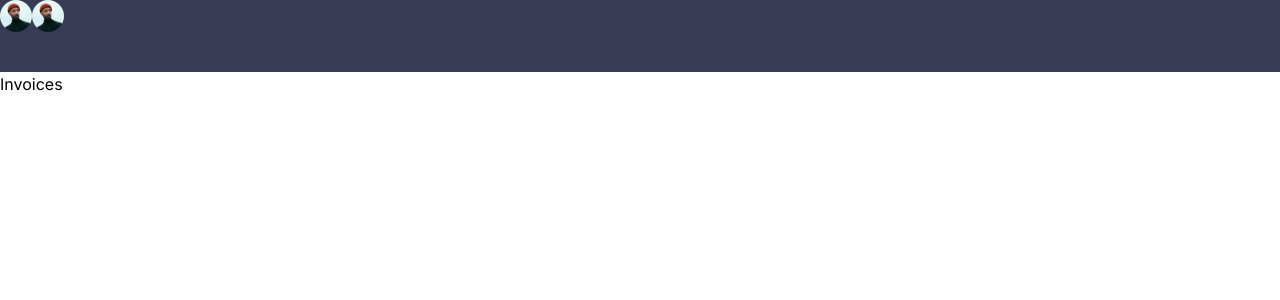
Repository: theoneswhodead/invoice-app
Page: /
An editor plug-in stored every save of this project. The page is shown before and after the next save, followed by the edit.
The browser window is 1280 px wide. The pictures show the whole page.
The project was rebuilt for these pictures with package versions that can differ from the ones it lists, and the page was loaded fresh each time. The framework's server and built-in components were replaced by stand-ins that run in the browser. Also part of the build but not shown: next.config.mjs.

Above is the page before, as saved 2024-08-19 17:40:08.

### app/layout.tsx
import type { Metadata } from "next";
import { Inter } from "next/font/google";
import "./globals.css";

const inter = Inter({ subsets: ["latin"] });

export const metadata: Metadata = {
  title: "Invoice app<",
  description: "Invoice app",
};

export default function RootLayout({
  children,
}: Readonly<{
  children: React.ReactNode;
}>) {
  return (
    <html lang="en">
      <head>
        <link
            rel="icon"
            type="image/png"
            sizes="16x16"
            href="/favicon-32x32.png"
          />
      </head>
      <body className={inter.className}>{children}</body>
    </html>
  );
}

### app/page.tsx
import BarMenu from "./components/BarMenu";
import Invoices from "./components/Invoices";

export default function Home() {
  return (
    <main className="">
      <BarMenu />
      <Invoices />
    </main>
  );
}

### app/globals.css
@import url('https://fonts.googleapis.com/css2?family=League+Spartan:wght@100..900&display=swap');

@tailwind base;
@tailwind components;
@tailwind utilities;

### app/components/BarMenu.tsx
import React from 'react'
import Image from 'next/image'

const BarMenu = () => {
  return (
    <nav className='bg-gray h-[4.5rem] flex'>
      <div>
        <div>
            <Image
                src="/image-avatar.jpg"
                width={32}
                height={32}
                alt="Avatar"
                className='rounded-full'
            />
        </div>
        <div></div>
      </div>
      <div>
        <Image
            src="/image-avatar.jpg"
            width={32}
            height={32}
            alt="Avatar"
            className='rounded-full'
        />
      </div>
    </nav>
  )
}

export default BarMenu

### app/components/Invoices.tsx
import React from 'react'

const Invoices = () => {
  return (
    <div>
      Invoices
    </div>
  )
}

export default Invoices

### tailwind.config.ts
import type { Config } from "tailwindcss";

const config: Config = {
  content: [
    "./pages/**/*.{js,ts,jsx,tsx,mdx}",
    "./components/**/*.{js,ts,jsx,tsx,mdx}",
    "./app/**/*.{js,ts,jsx,tsx,mdx}",
  ],
  darkMode: 'selector',
  theme: {
    extend: {
      colors: {
        "purple": "#7C5DFA",
        "light_purple": "#9277FF",
        "charcoal_blue": "#1E2139",
        "charcoal_gray": "#252945",
        "lavender_blue": "#DFE3FA",
        "cool_gray": "#888EB0",
        "wild_blue_yonder": "#7E88C3",
        "gunmetal": "#0C0E16",
        "coral_red": "#EC5757",
        "periwinkle": "#9277FF",
        "off_white": "#F8F8FB",
        "rich_black": "#141625",
        "gray": "#373B53"
      },
      fontFamily: {
        Leagie_Spartan: ["League Spartan", "sans-serif"],
      },
      screens: {
        xxs: "280px",
        xs: "375px",
        ss: "580px",
        sm: "768px",
        md: "1060px",
        lg: "1440px",
        xl: "1700px",
      },
    },
  },
  plugins: [],
};
export default config;

After the next save:
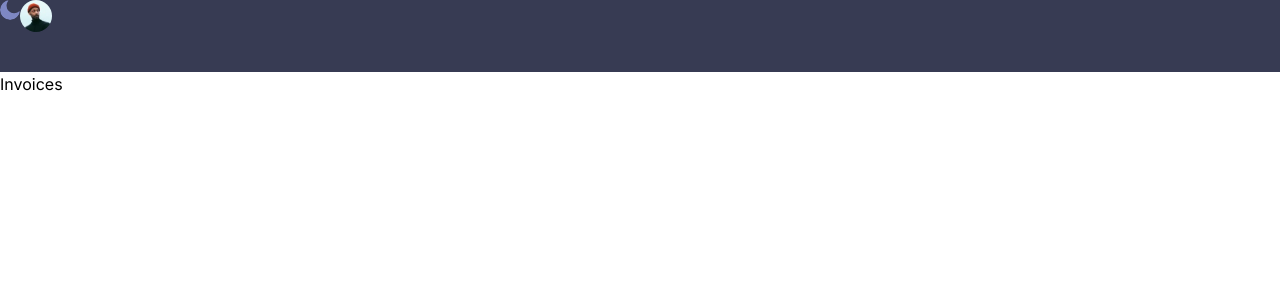
Saved 29 s later.
--- a/app/components/BarMenu.tsx
+++ b/app/components/BarMenu.tsx
@@ -7,9 +7,9 @@ const BarMenu = () => {
       <div>
         <div>
             <Image
-                src="/image-avatar.jpg"
-                width={32}
-                height={32}
+                src="/icon-moon.svg"
+                width={20}
+                height={20}
                 alt="Avatar"
                 className='rounded-full'
             />
